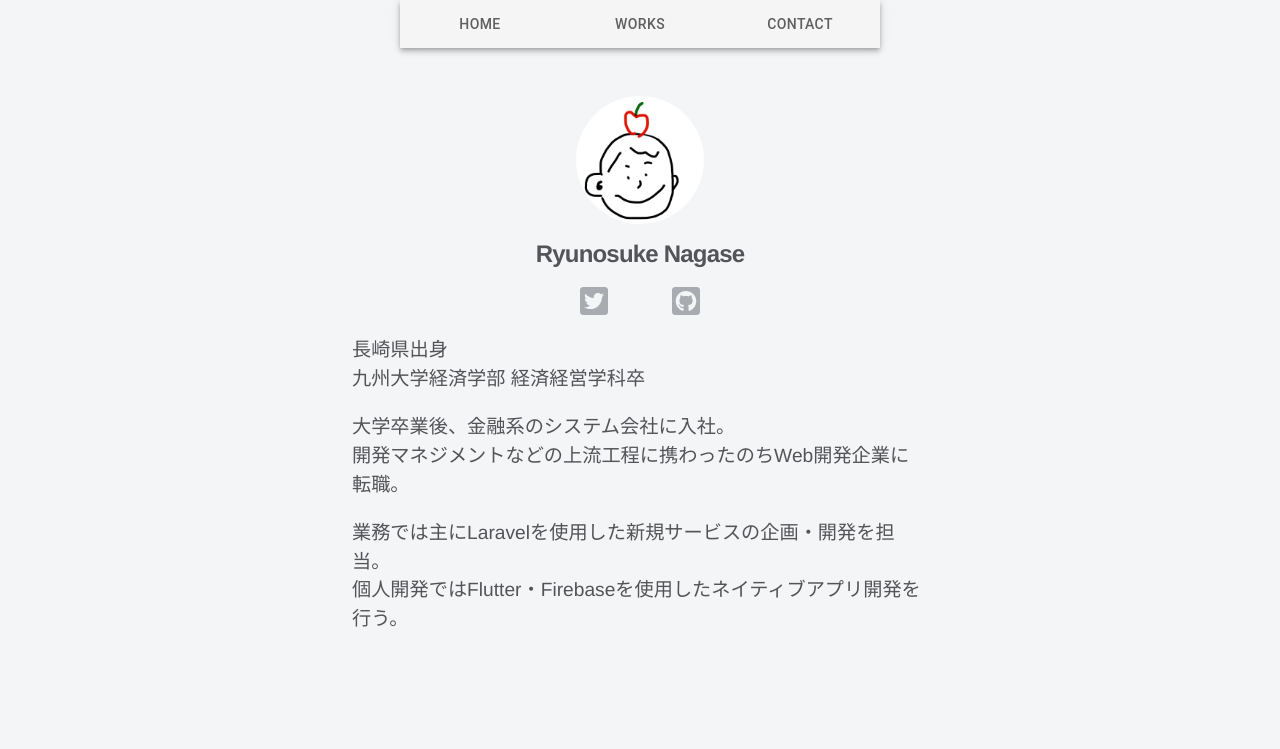
Repository: nosuke0926/my-portfolio
Page: /
These files come from the project's save history. The page is drawn as it stood at one moment and after the next save; the edit follows.
The browser window is 1280 px wide. The pictures show the whole page.
The project was rebuilt for these pictures with package versions that can differ from the ones it lists, and the page was loaded fresh each time. The framework's server and built-in components were replaced by stand-ins that run in the browser. Also part of the build but not shown: next.config.js.

Above is the page before, as saved 2022-07-20 15:09:40.

After the next save:
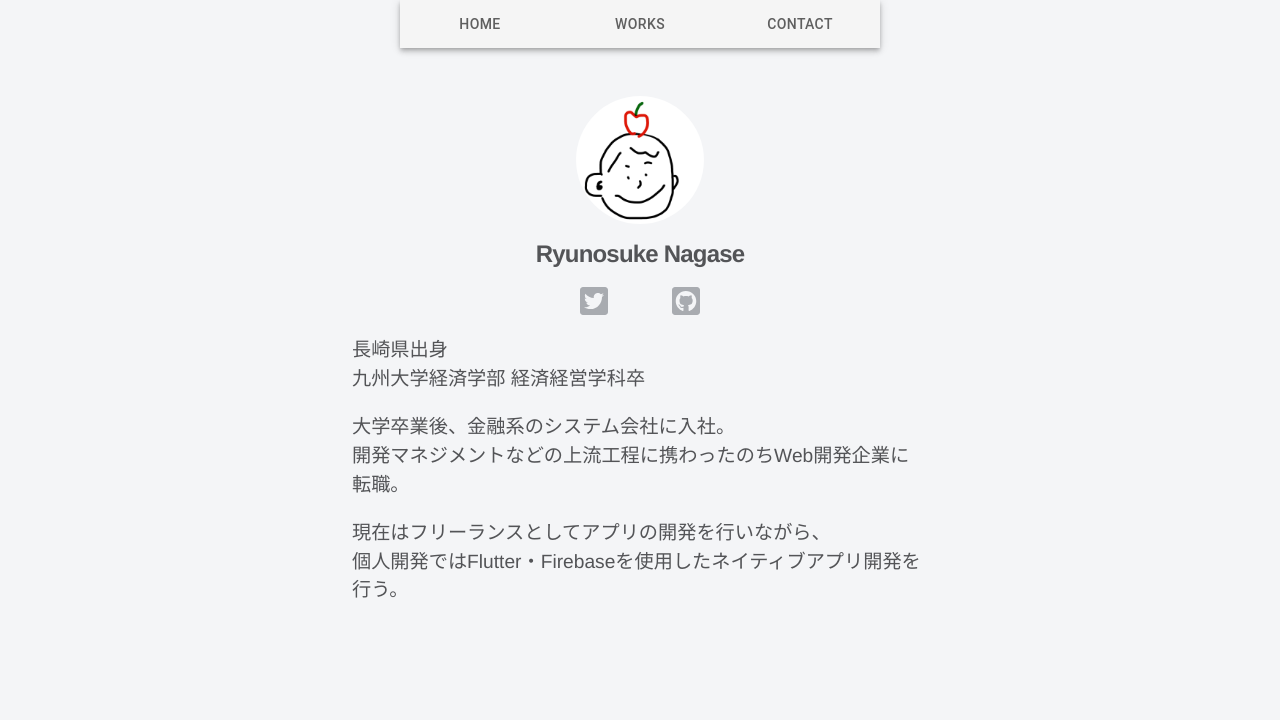
Saved 2 min 35 s later.
--- a/pages/index.tsx
+++ b/pages/index.tsx
@@ -43,7 +43,7 @@
           開発マネジメントなどの上流工程に携わったのちWeb開発企業に転職。
         </p>
         <p>
-          業務では主にLaravelを使用した新規サービスの企画・開発を担当。
+          現在はフリーランスとしてアプリの開発を行いながら、
           <br />
           個人開発ではFlutter・Firebaseを使用したネイティブアプリ開発を行う。
         </p>
